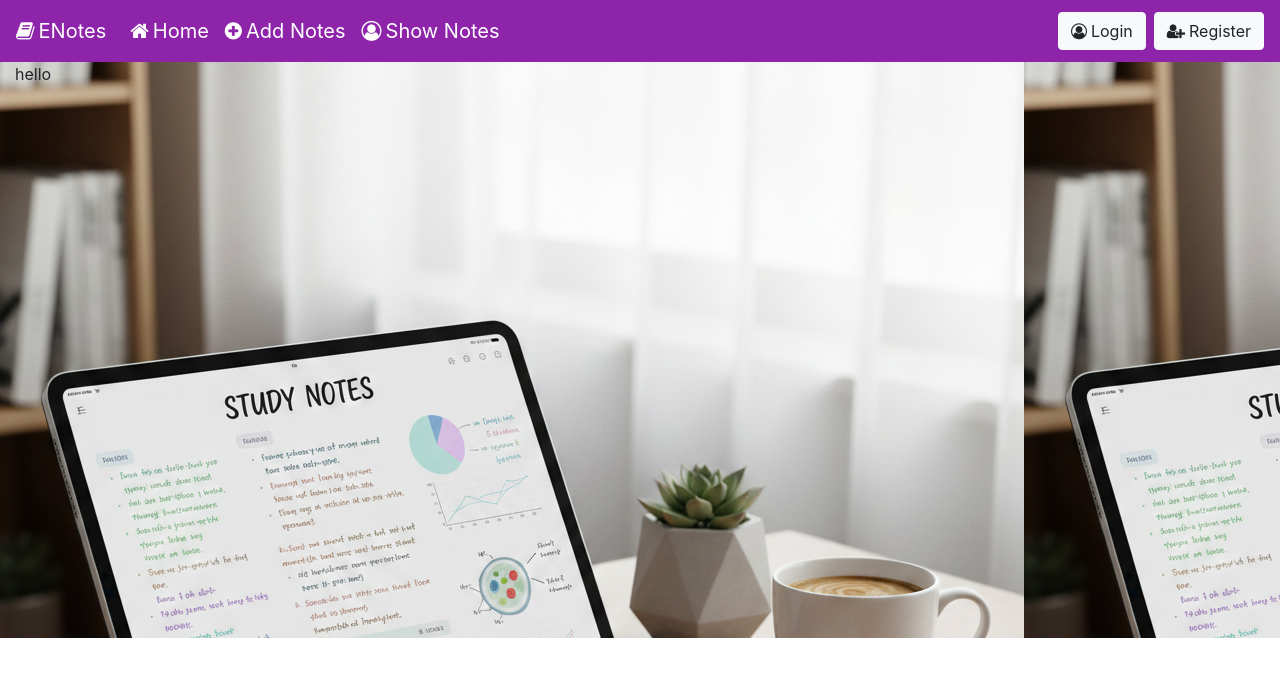
Repository: Bansal140899/eclipse-workspace
Page: http://localhost/ENotesProject/
An editor plug-in stored every save of this project. The page is shown before and after the next save, followed by the edit.
The browser window is 1280 px wide. The pictures show the whole page.
The page is served by Tomcat 9.

Above is the page before, as saved 2025-12-21 21:14:26.

After the next save:
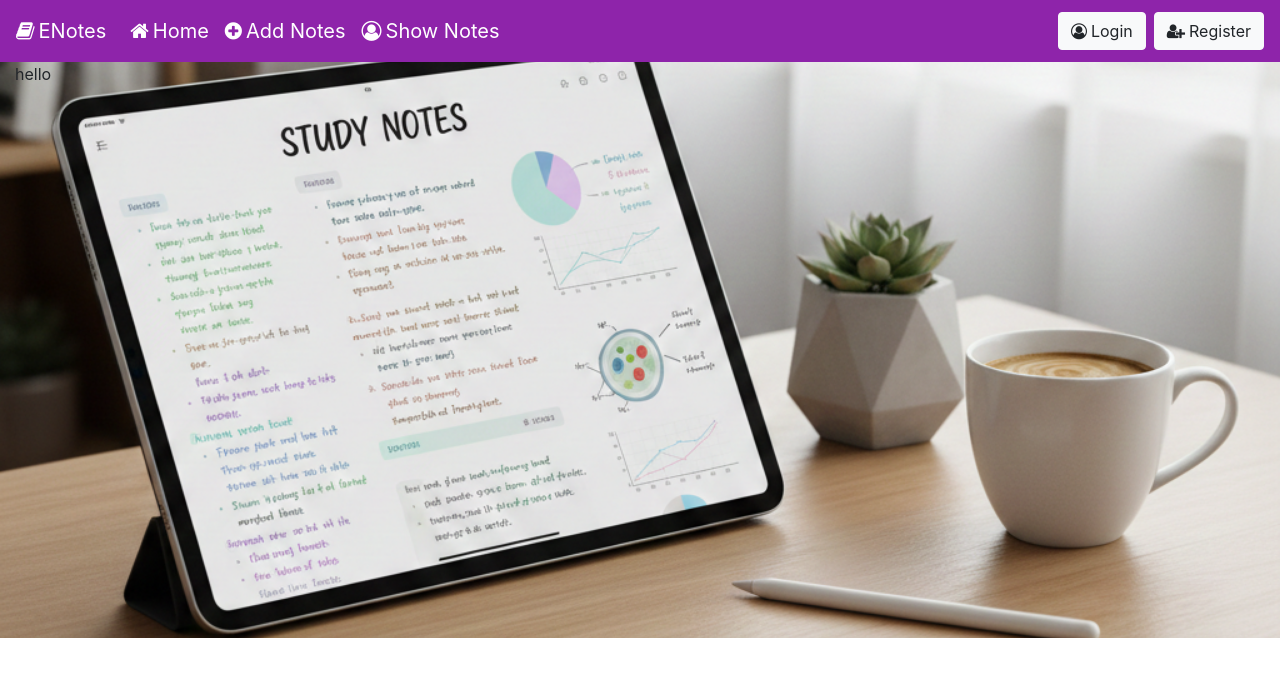
Saved 117 s later.
--- a/ENotesProject/src/main/webapp/index.jsp
+++ b/ENotesProject/src/main/webapp/index.jsp
@@ -4,9 +4,13 @@
 <html>
 <head>
 <style type="text/css">
-.back-img {background:url("IMG/BACKGROUND.png");
+.back-img {
+background:url("IMG/BACKGROUND.png");
 width:100%;
 height:80vh;
+background-repeat: no-repeat;   /* repeat band */
+    background-size: cover;        /* full cover */
+    background-position: center;   /* center me set */
 }
 </style>
 <meta http-equiv="Content-Type" content="text/html; charset=UTF-8">
